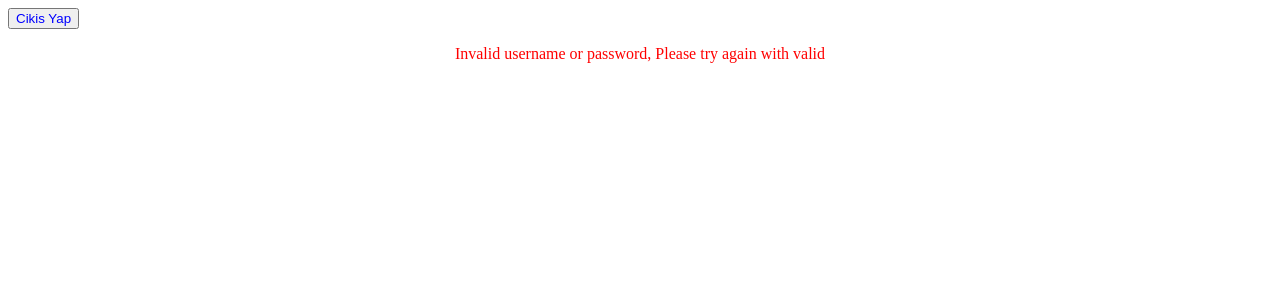
Repository: Berilinanir/Login-Logout-System
Page: Loginn/WebContent/error.html
An editor plug-in stored every save of this project. The page is shown before and after the next save, followed by the edit.
The browser window is 1280 px wide. The pictures show the whole page.

Above is the page before, as saved 2018-10-14 09:06:22.

After the next save:
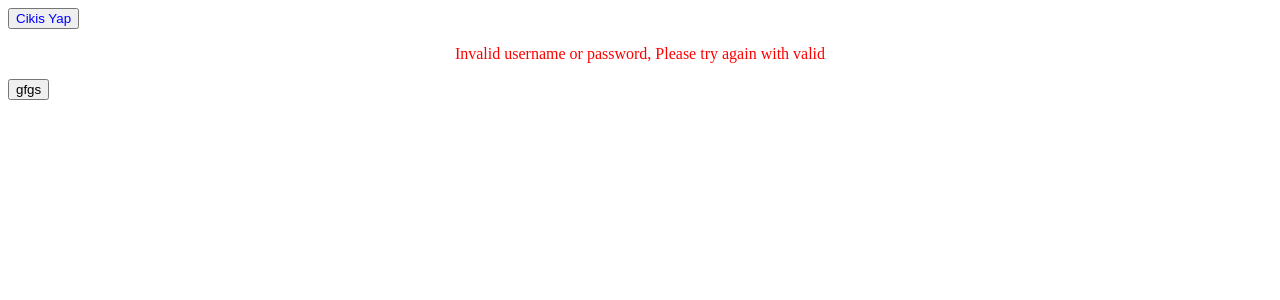
Saved 24 s later.
--- a/Loginn/WebContent/error.html
+++ b/Loginn/WebContent/error.html
@@ -16,7 +16,7 @@
 <p style="color:red" align="center"  >Invalid username or password, Please try again with valid </p>
 
 
-
+<button>gfgs</button>
 
 
 </body>
